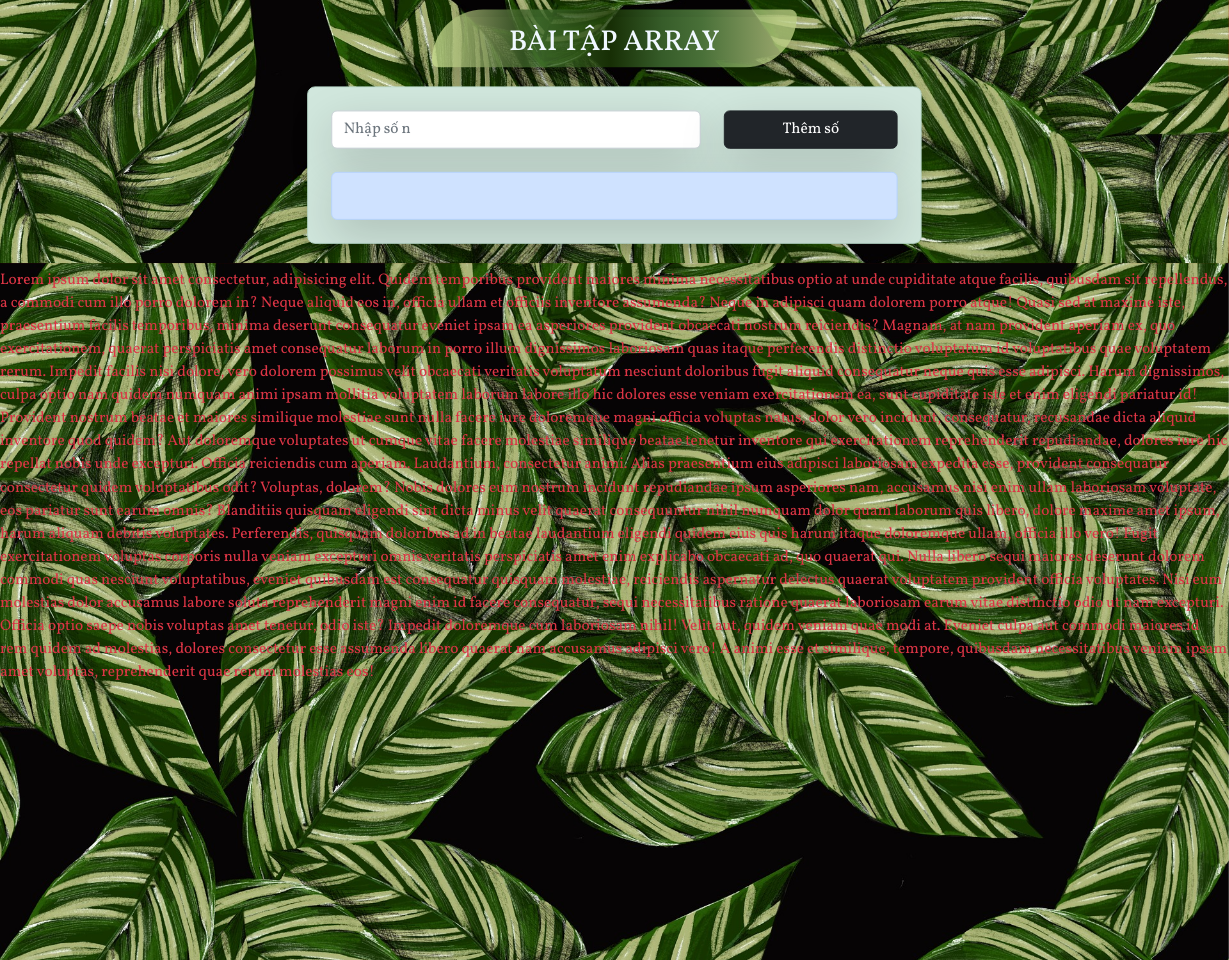
Repository: hcozyph/TranHuuPhuoc_BC43_BT_JS_Buoi7_8_ARRAY
Page: index.html
These files come from the project's save history. The page is drawn as it stood at one moment and after the next save; the edit follows.
The browser window is 1280 px wide. The pictures show the whole page, at 96% of full size.

Above is the page before, as saved 2023-02-20 23:05:18.

After the next save:
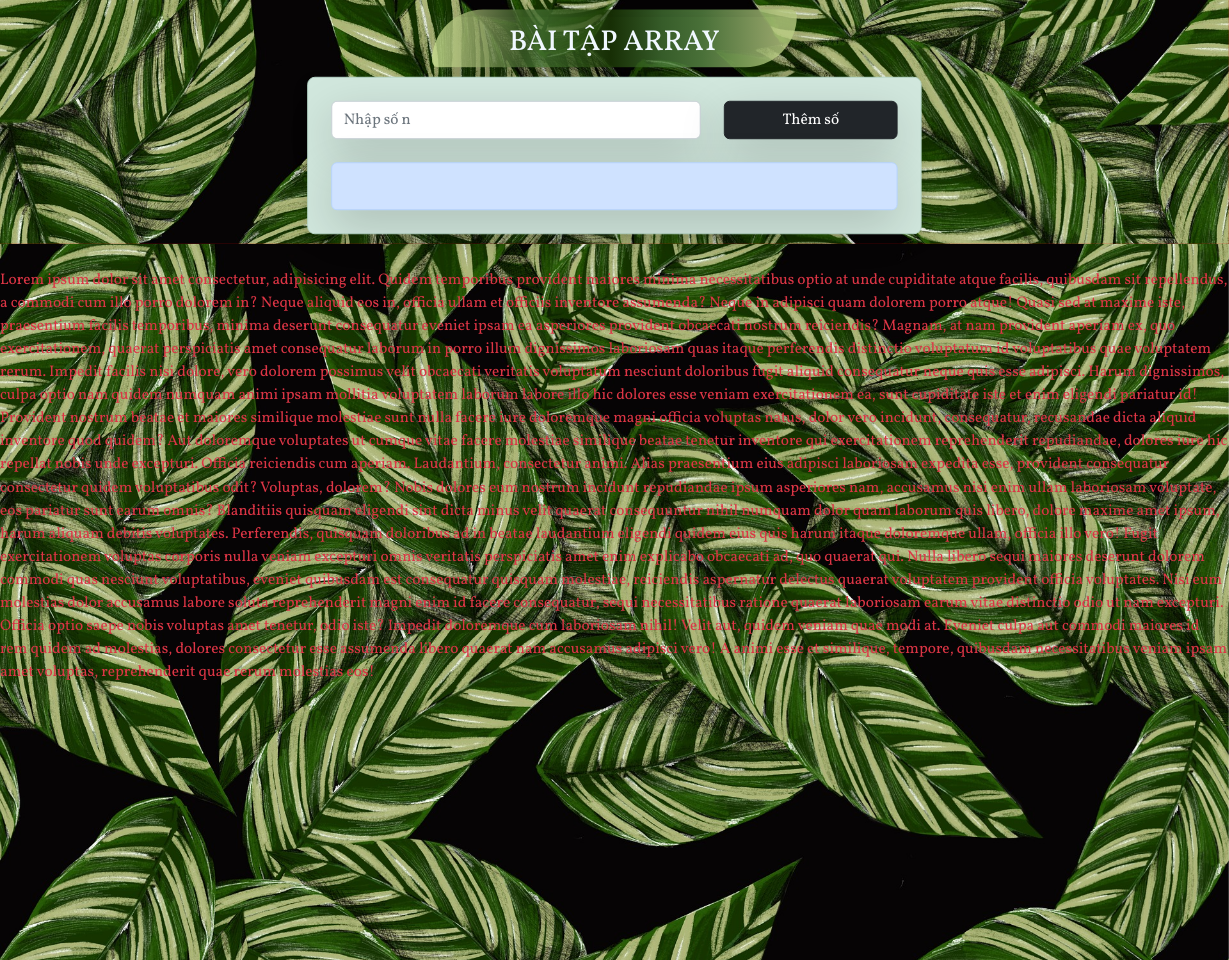
Saved 25 s later.
--- a/index.html
+++ b/index.html
@@ -43,7 +43,7 @@
                 <div
                     id="mainArray"
                     class="alert alert-success w-50 text-center d-block rounded-3 shadow p-4"
-                    style="margin: 20px auto"
+                    style="margin: 10px auto"
                 >
                     <div class="row row-cols-3">
                         <div class="col-8">
